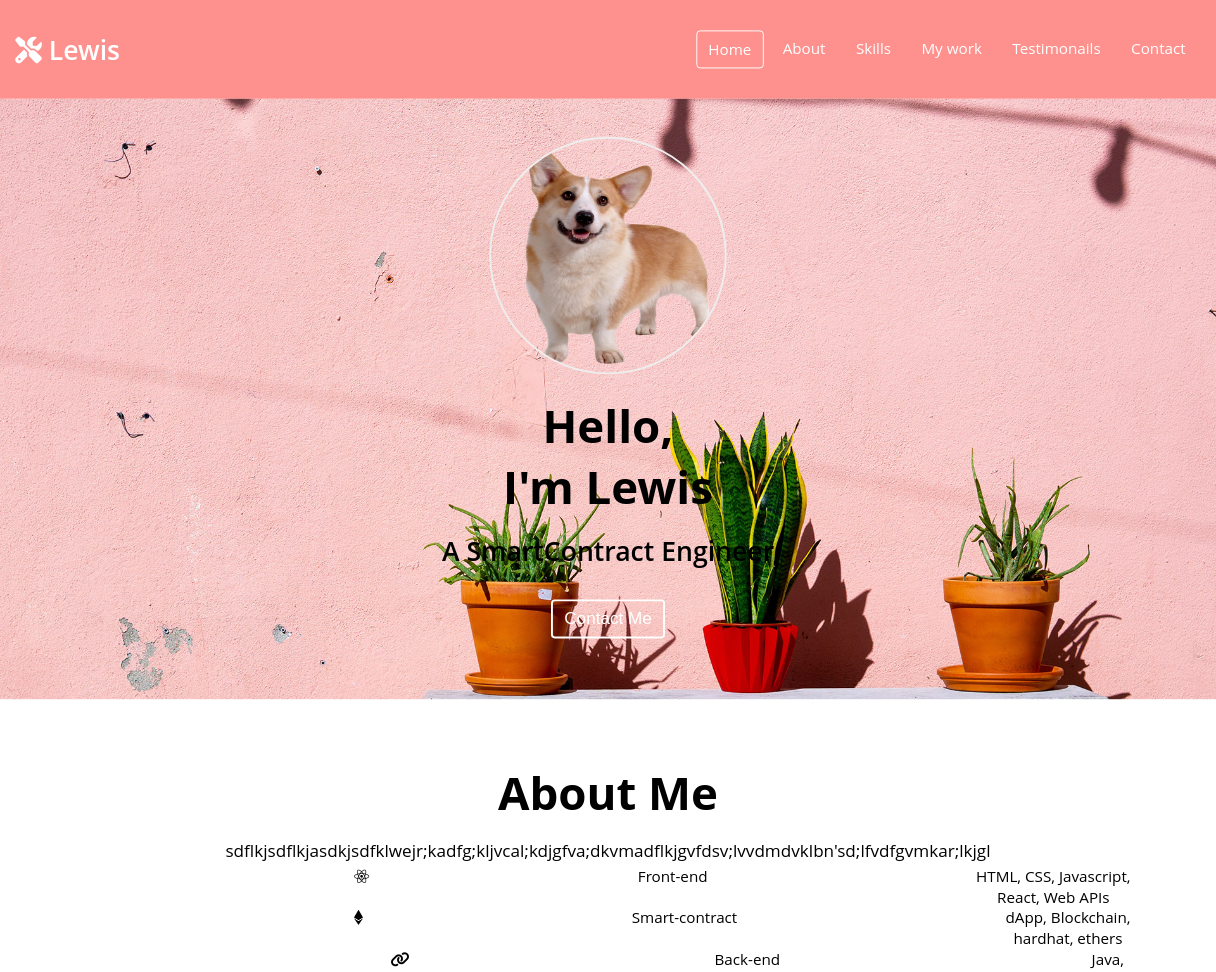
Repository: woojinShim/woojinShim.github.io
Page: index.html
These files come from the project's save history. The page is drawn as it stood at one moment and after the next save; the edit follows.
The browser window is 1280 px wide. The pictures show the part of the page from y = 0 to 1023 px (the page is 7018 px tall before and 7150 px after), at 95% of full size.
A picture or video elsewhere on the page could not be fetched, so the positions and the page height are approximate. Some web libraries are served in a nearby version.

Above is the page before, as saved 2022-03-08 18:56:23.

After the next save:
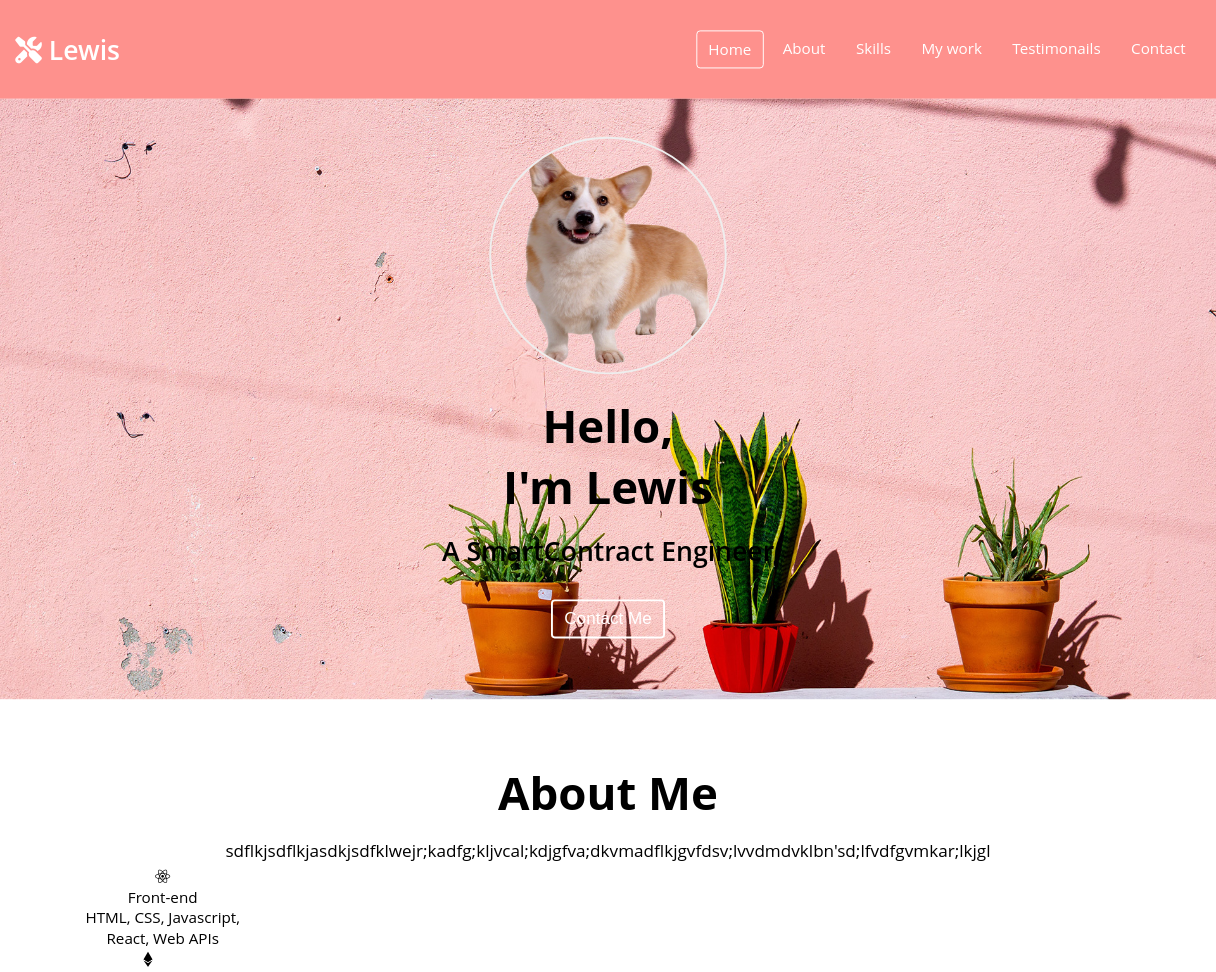
Saved 79 s later.
--- a/index.html
+++ b/index.html
@@ -44,28 +44,33 @@
         <h1>About Me</h1>
         <p>sdflkjsdflkjasdkjsdfklwejr;kadfg;kljvcal;kdjgfva;dkvmadflkjgvfdsv;lvvdmdvklbn'sd;lfvdfgvmkar;lkjgl</p>
         <div class="about__majors">
-            <div class="major"></div>
-            <div class="major__icon"><i class="fab fa-react"></i></div>
+            <div class="major">
+                            <div class="major__icon"><i class="fab fa-react"></i></div>
             <div class="major__title">Front-end</div>
             <div class="major__description">HTML, CSS, Javascript,
                 <br /> React, Web APIs
             </div>
+            </div>
+
         </div>
         <div class="about__majors">
-            <div class="major"></div>
-            <div class="major__icon"><i class="fab fa-ethereum"></i></div>
+            <div class="major">
+                <div class="major__icon"><i class="fab fa-ethereum"></i></div>
             <div class="major__title">Smart-contract</div>
             <div class="major__description">dApp, Blockchain,
                 <br /> hardhat, ethers
             </div>
+            </div>
         </div>
         <div class="about__majors">
-            <div class="major"></div>
-            <div class="major__icon"><i class="fas fa-link"></i></i></div>
+            <div class="major">
+                            <div class="major__icon"><i class="fas fa-link"></i></i></div>
             <div class="major__title">Back-end</div>
             <div class="major__description">Java,
                 <br /> Spring
             </div>
+            </div>
+
         </div>
         <div class="about__jobs">
             <div class="job">
